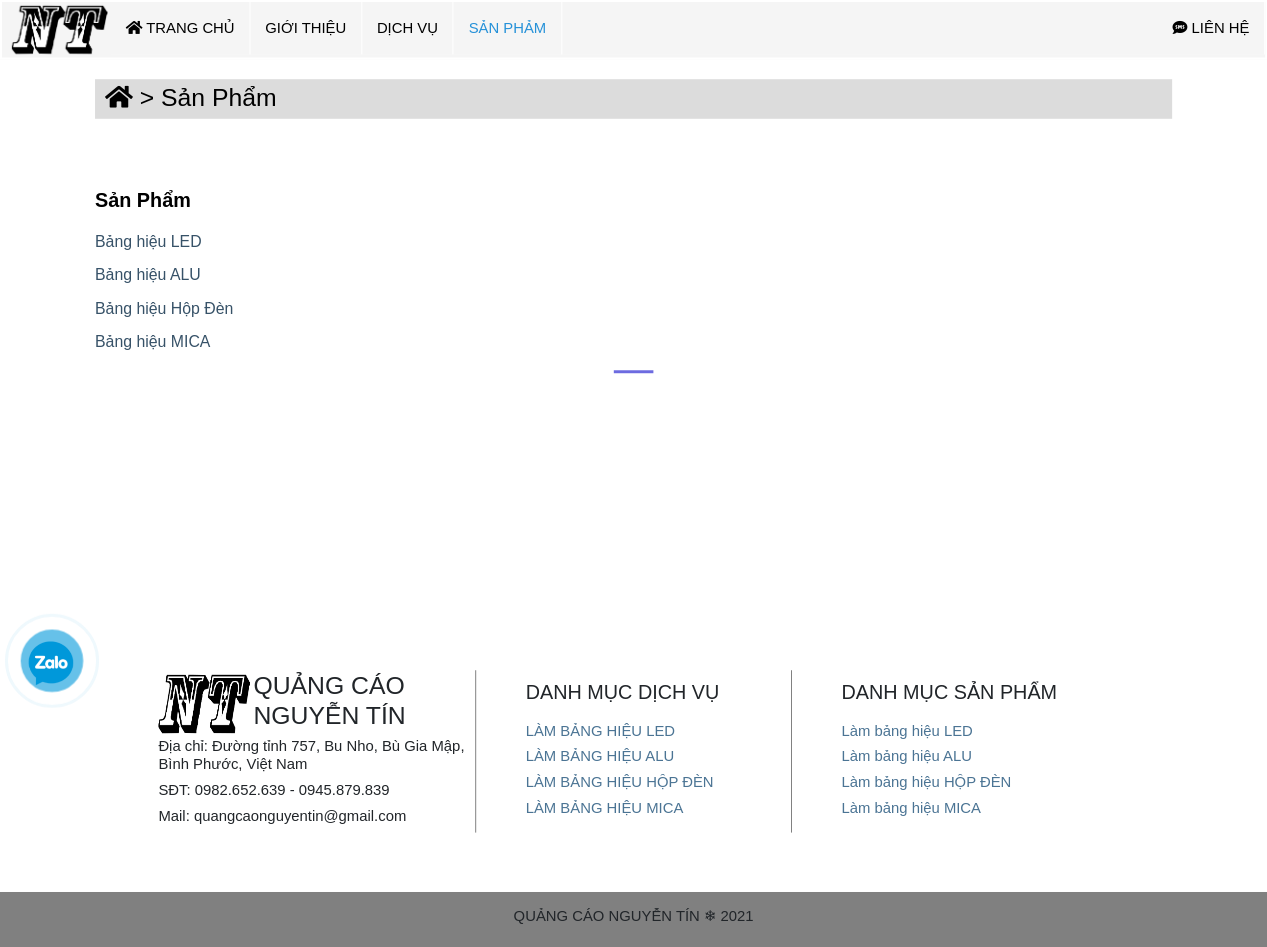
Repository: Haunguyen42193/quangcaonguyentin.github.io
Page: product.html
These files come from the project's save history. The page is drawn as it stood at one moment and after the next save; the edit follows.
The browser window is 1280 px wide. The pictures show the whole page, at 99% of full size.
Some web fonts or font styles are not loaded; a fallback is used. Some web libraries are served in a nearby version.

Above is the page before, as saved 2021-10-13 16:14:47.
Console error: ReferenceError: init is not defined

### product.html
<!DOCTYPE html>
<html lang="en">
<head>
    <meta charset="UTF-8">
    <meta http-equiv="X-UA-Compatible" content="IE=edge">
    <meta name="viewport" content="width=device-width, initial-scale=1.0">
    <meta http-equiv="refresh" content="18000"/>
    <title>Quảng Cáo Nguyễn Tín</title>
    <link rel="shotcut icon" href="images/logo2.png"/>
    <link
    rel="stylesheet"
    href="https://cdnjs.cloudflare.com/ajax/libs/animate.css/4.1.1/animate.min.css"
    />
    <!--carousel-->
    <link href="https://cdn.jsdelivr.net/npm/bootstrap@5.1.0/dist/css/bootstrap.min.css" rel="stylesheet" integrity="sha384-KyZXEAg3QhqLMpG8r+8fhAXLRk2vvoC2f3B09zVXn8CA5QIVfZOJ3BCsw2P0p/We" crossorigin="anonymous">
    <!--font awesome-->
    <link rel="stylesheet" href="https://pro.fontawesome.com/releases/v5.10.0/css/all.css" integrity="sha384-AYmEC3Yw5cVb3ZcuHtOA93w35dYTsvhLPVnYs9eStHfGJvOvKxVfELGroGkvsg+p" crossorigin="anonymous"/>
    <!--css-->
    <link rel="stylesheet" href="CSS/styleproduct.css"/>
    <!--font chữ-->
    <link rel="preconnect" href="https://fonts.googleapis.com">
    <link rel="preconnect" href="https://fonts.gstatic.com" crossorigin>
    <link href="https://fonts.googleapis.com/css2?family=K2D:wght@600&display=swap" rel="stylesheet">
    <!-- JavaScript Bundle with Popper -->
    <script src="https://cdn.jsdelivr.net/npm/bootstrap@5.1.0/dist/js/bootstrap.bundle.min.js" integrity="sha384-U1DAWAznBHeqEIlVSCgzq+c9gqGAJn5c/t99JyeKa9xxaYpSvHU5awsuZVVFIhvj" crossorigin="anonymous"></script>
    <!--Jquery-->
    <script src="Js/jquery-3.6.0.min.js"></script>
    <!--wowjs-->
    <script src="https://cdnjs.cloudflare.com/ajax/libs/wow/1.1.2/wow.min.js" integrity="sha512-Eak/29OTpb36LLo2r47IpVzPBLXnAMPAVypbSZiZ4Qkf8p/7S/XRG5xp7OKWPPYfJT6metI+IORkR5G8F900+g==" crossorigin="anonymous" referrerpolicy="no-referrer"></script>

</head>
<body onload="init()">
    <script src="Js/jsproduct.js"></script>
    <!--Menu-->
    <nav class="header-menu">
        <div class="menu">
            <div class="logo">
                <a href="homepage.html"><img src="images/logo2.png" alt="bang quang cao tiem" id="logotiem"/></a>
            </div>
            <ul>
                <li><a href="homepage.html"><i class="fas fa-home"></i> TRANG CHỦ</a></li>
                <li><a href="introduce.html">GIỚI THIỆU</a></li>
                <li class="sub"><a href="service.html">DỊCH VỤ</a>
                    <ul class="menu subcontent">
                        <li><a href="service.html#tab1" rel="service.html#LED">LÀM BẢNG HIỆU LED</a></li>
                        <li><a href="service.html#tab2" rel="service.html#ALU">LÀM BẢNG HIỆU ALU</a></li>
                        <li><a href="service.html#tab3" rel="service.html#Hd">LÀM BẢNG HIỆU HỘP ĐÈN</a></li>
                        <li><a href="service.html#tab4" rel="service.html#MICA">LÀM BẢNG HIỆU MICA</a></li>
                    </ul>
                </li>
                <li class="sub"><a href="product.html" class="chose">SẢN PHẢM</a>
                    <ul class="menu subcontent">
                        <li><a href="#">BẢNG HIỆU LED</a></li>
                        <li><a href="#">BẢNG HIỆU ALU</a></li>
                        <li><a href="#">BẢNG HIỆU HỘP ĐÈN</a></li>
                        <li><a href="#">BẢNG HIỆU MICA</a></li>
                    </ul>
                </li>
                <li><a href="contact.html"><i class="fas fa-sms"></i> LIÊN HỆ</a></li>
            </ul>
        </div>
    </nav>
    <!--page-->
    <section>
        <div class="page">
            <div>
                <a href="homepage.html" title="Trang chủ"><i class="fas fa-home"></i></a>
                <span>></span>
                <span class="move">Sản Phẩm</span>
            </div>
        </div>
    </section>
    <!--go to top-->
    <section>
        <div>
            <a id="goToTop" href="javascript:;"><i class="fas fa-chevron-up" title="GO TO TOP"></i></a>
        </div>
    </section>
    <!--zalo-->
    <section >
        <div class="zalo">
            <a href="https://zalo.me/0982652639" target="_blank"><img src="images/icon-zalo1.png"/></a>
        </div>
        <div class="zalo-circle"></div>
        <div class="zalo-circle-small"></div>
    </section>

    <!--product-->
    <section class="product">
        <div class="product-menu">
            <h5><strong>Sản Phẩm</strong></h5>
            <ul>
                <li><a href="">Bảng hiệu LED</a></li>
                <li><a href="">Bảng hiệu ALU</a></li>
                <li><a href="">Bảng hiệu Hộp Đèn</a></li>
                <li><a href="">Bảng hiệu MICA</a></li>
            </ul>
        </div>
        <div class="line"></div>
    </section>

    <!--foot-contact-->
    <section>
        <div class="foot-contacts">
          <div class="foot-contact">
            <img src="images/logo2.png" alt="logo" class="foot-logo" />
            <h1>QUẢNG CÁO NGUYỄN TÍN</h1>
            <h2>Địa chỉ: Đường tỉnh 757, Bu Nho, Bù Gia Mập, Bình Phước, Việt Nam</h2>
            <h2>SĐT: 0982.652.639 - 0945.879.839</h2>
            <h2>Mail: quangcaonguyentin@gmail.com</h2>
          </div>
          <div class="foot-service">
            <div class="foot-service-title">
              <h1>DANH MỤC DỊCH VỤ</h1>
            </div>
            <h2><a href="service.html#tab1" rel="service.html#LED">LÀM BẢNG HIỆU LED</a></h2>
            <h2><a href="service.html#tab2" rel="service.html#ALU">LÀM BẢNG HIỆU ALU</a></h2>
            <h2><a href="service.html#tab3" rel="service.html#Hd">LÀM BẢNG HIỆU HỘP ĐÈN</a></h2>
            <h2><a href="service.html#tab4" rel="service.html#MICA">LÀM BẢNG HIỆU MICA</a></h2>
          </div>
          <div class="foot-product">
            <div class="foot-service-title">
              <h1>DANH MỤC SẢN PHẨM</h1>
            </div>
            <h2><a href="#">Làm bảng hiệu LED</a></h2>
            <h2><a href="#">Làm bảng hiệu ALU</a></h2>
            <h2><a href="#">Làm bảng hiệu HỘP ĐÈN</a></h2>
            <h2><a href="#">Làm bảng hiệu MICA</a></h2>
          </div>
        </div>
    </section>
    <!--foot-->
    <div class="web-foot">
        <h2>QUẢNG CÁO NGUYỄN TÍN &#10052 2021</h2>
    </div>
</body>
</html>

### CSS/styleproduct.css
body {
    font-family: 'K2D', sans-serif;
    font-size: 15px;
    background-color: white;
    background-repeat: no-repeat;
    background-attachment: fixed;
    /* background:linear-gradient( #F18D9E, #E6D72A, #5BC8AC, #98DBC6); */
}
/*menu*/
.header-menu{
    width:100%;
    background-color: whitesmoke;
    padding-left: 10px;
    border: 2px solid white;
    position: fixed;
    z-index:99;
    top:0;
    left:0;

}
img#logotiem{
    width:100px;
    float:left;
}
div.menu > ul{
    display:flex;
    /* justify-content: center;
    align-items: center; */
}
div.menu ul{
    list-style-type: none;
    margin: 0;
    padding:0;
    background-color: whitesmoke;
}
div.menu ul li:last-child{
    margin-left: auto;
}
.subcontent{
    display:none;
    background: linear-gradient(gray, rgb(224, 222, 222));
}
.sub:hover .subcontent{
    display: block;
    position:absolute;
    width: 230px;
}

div.menu ul li{
    margin-bottom: 0px;
    position:relative;
    border-right: 1px solid white;
}

div.menu ul li a::before{
    content: '';
     position: absolute;
     bottom: -7px;
     left: 0px;
     width: 100%;
     height: 5px;
     background-color: #0cacdd;
     border-radius: 8px 8px 0 0;
     opacity: 0;
     transition: 0.3s;
}

div.menu ul li a:hover:before{
    opacity: 1;
    bottom:0;
}
div.menu ul li a{
    text-decoration: none;
    display: block;
    padding: 15px;
}
a:link{
    color:black;
}
a:visited{
    color:black;
}
a:hover{
    background-color: rgb(37, 32, 32);
    color: #2591d8;
}
a:active{
    color:rgb(35, 23, 201);
}

.subcontent::before{
    content: " ";
    border-width: 10px;
    border-style: solid;
    border-color:transparent transparent gray transparent;
    position: absolute;
    bottom: 100%;
    left:15%;
}
.chose{
    color: #2591d8 !important;
}
/*gototop*/
#goToTop {
    position: fixed;
    font-size: 30px;
    border-radius: 50%;
    z-index: 99;
    padding: 0 10px;
    border: 2px solid red;
    color: red;
    opacity: 0.5;
    right: 10px;
    bottom: 10px;
}
/*zalo*/
.zalo{
    position: fixed;
    z-index: 999;
    left: 29px;
    bottom: 28px;
    width: 3.5%;
}
.zalo-circle{
    position: fixed;
    z-index: 998;
    left: 15px;
    bottom: 15px;
    width: 75px;
    height: 75px;
    border: 20px solid #0098da;
    border-radius: 50%;
    opacity: 0;
    animation: zalo-ring-circle 2s infinite ease-out;
}
.zalo-circle-small{
    position: fixed;
    z-index: 998;
    left: 5px;
    bottom: 5px;
    width: 95px;
    height: 95px;
    border: 3px solid #0098da;
    border-radius: 50%;
    opacity: 0;
    animation: zalo-ring-circle-small 2s infinite ease-out;
}
.zalo img{
    width: 100%;
    animation:zalo-ring 1s infinite ease-in-out;
}
.zalo > a:hover{
    background-color: transparent;
}
@keyframes zalo-ring{
    0%{
        transform:rotate(0) scale(1) skew(1deg)
    }
    10%{
        transform:rotate(-25deg) scale(1.05) skew(1deg)
    }
    20%{
        transform:rotate(25deg) scale(1) skew(1deg)
    }
    30%{
        transform:rotate(-25deg) scale(1.05) skew(1deg)
    }
    40%{
        transform:rotate(25deg) scale(1) skew(1deg)
    }
    50%{
        transform:rotate(0) scale(1) skew(1deg)
    }
    100%{
        transform:rotate(0) scale(1) skew(1deg)
    }
}
@keyframes zalo-ring-circle{
    0%{
        transform: scale(0.8); opacity: 0.6;
    }
    50%{
        transform: scale(1); opacity: 0.6;
    }
    100%{
        transform: scale(0.8); opacity: 0.6;
    }
}
@keyframes zalo-ring-circle-small{
    0%{
        transform: scale(0.8); opacity: 0.6;
    }
    50%{
        transform: scale(1); opacity: 0.3;
    }
}
/*foot contact*/
.foot-contacts {
    display: flex;
    position: relative;
    top: 400px;
    justify-content: center;
}
.foot-contacts h2{
    font-size: 15px;
}
.foot-contact {
    display: flex;
    width: 350px;
    flex-wrap: wrap;
    width: 25%;
}
.foot-logo{
    width:30%;
}
.foot-contact h1{
    width: 50%;
    font-size: 25px;
}
.foot-service{
    position: relative;
    border-right: 1px solid gray;
    width:25%;
    padding: 0 50px;
    border-left: 1px solid gray;
}
.foot-product{
    position: relative;
    width: 25%;
    padding: 0 50px;
}
.foot-service-title h1{
    font-size: 20px;
    padding-bottom: 10px;
    padding-top: 10px;
}
.foot-contacts a{
    text-decoration: none;
}
.foot-contacts a:link{
    color: #4b7494;
}
.foot-contacts a:visited{
    color: #4b7494;
}
.foot-contacts a:hover{
    color: #0c0e0f;
    background-color: white;
}
.foot-contacts a:active{
    color: #124c79;
}
/*web foot*/
.web-foot{
    background-color: gray;
    position: relative;
    top: 400px;
    padding: 15px;
    margin-top: 60px;
}
.web-foot > h2{
    text-align: center;
    font-size: 15px;
}
/*page*/
.page{
    color: black;
    position: relative;
    top: 80px;
    width: 85%;
    margin: auto;
    height: 40px;
    background-color: gainsboro;
    font-size: 25px;
}
.page div{
    padding-left: 10px;
}
.page a:hover{
    background-color: transparent;
    color: black;
}
.line{
    height: 3px;
    background-color: rgb(109, 107, 224);
    width: 40px;
    margin: 0 auto;
}
/*product*/
.product{
    position: relative;
    top: 100px;
    width: 85%;
    margin: auto;
}
div.product-menu{
    width: 20%;
    font-size: 50px;
    margin-top: 1em;
    position: relative;
}
div.product-menu h5{
    color: rgb(0, 0, 0);
}
div.product-menu > ul > li{
    list-style-type: none;
    font-size: 16px;
    padding-top: 10px;
}
div.product-menu > ul{
    padding: 0px;
}
div.product-menu > ul > li a{
    text-decoration: none;
    color: #375268;
}
div.product-menu > ul > li img{
    width: 100%;
}
div.product-menu > ul > li a:hover{
    background-color: transparent;
    color: blue;
}

### Js/jsproduct.js
$(document).ready(function() {
    wow = new WOW({
        boxClass:     'wow',      // default
        animateClass: 'animate__animated', // default
        offset:       0,          // default
        mobile:       true,       // default
        live:         true        // default
    })
    wow.init();
    $("#goToTop").hide()
    $(window).scroll(function() {

        if($(this).scrollTop() >= 90){
            $("#goToTop").show("slow");
        }
        else{
            $("#goToTop").hide("slow");
        }
    })
    $("#goToTop").click(function() {
        $("html, body").animate({
            scrollTop: 0
        }, 1000);
    })
})

Loaded but not shown: Js/jquery-3.6.0.min.js (library)

After the next save:
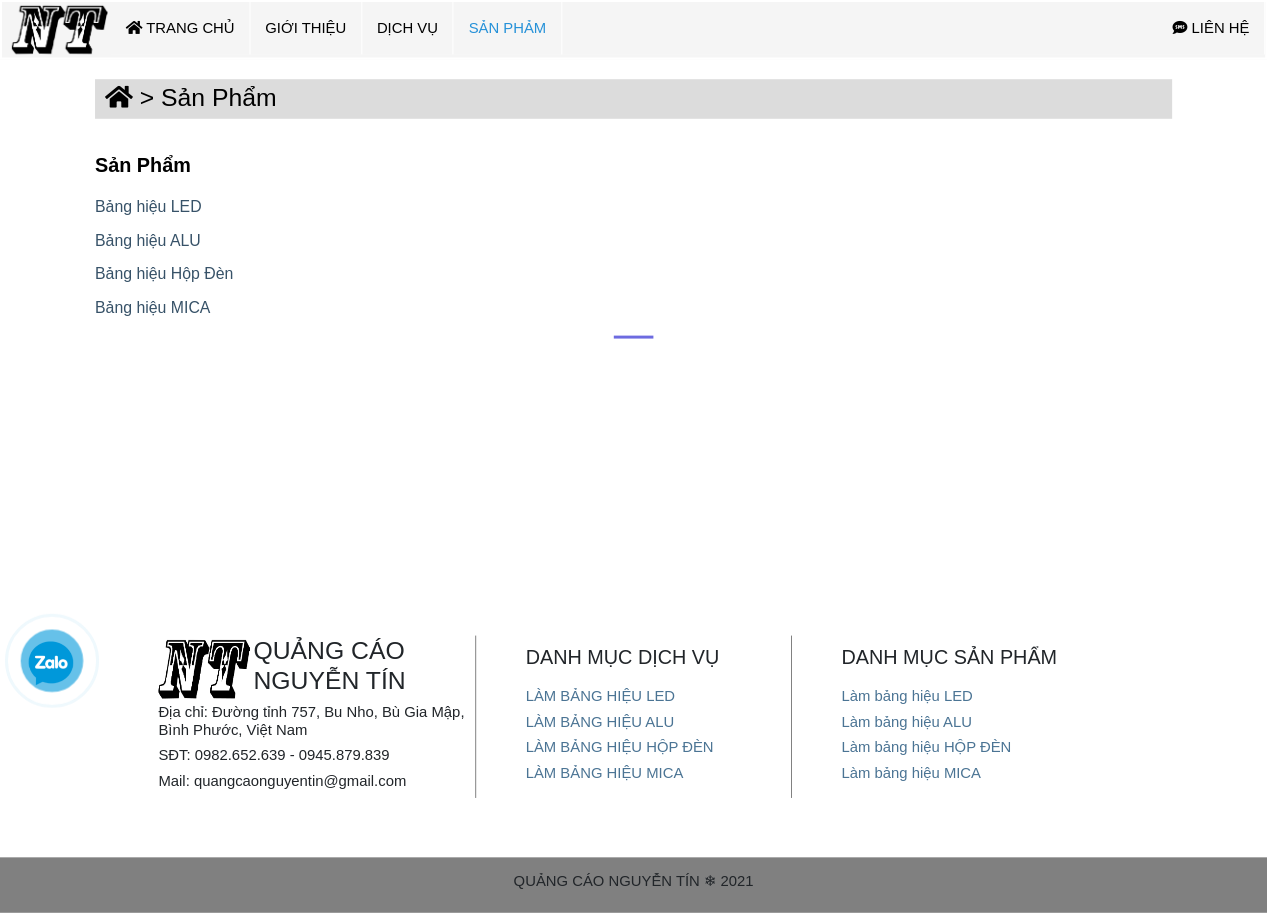
Saved 9 s later.
--- a/CSS/styleproduct.css
+++ b/CSS/styleproduct.css
@@ -295,7 +295,6 @@ a:active{
 }
 div.product-menu{
     width: 20%;
-    font-size: 50px;
     margin-top: 1em;
     position: relative;
 }
